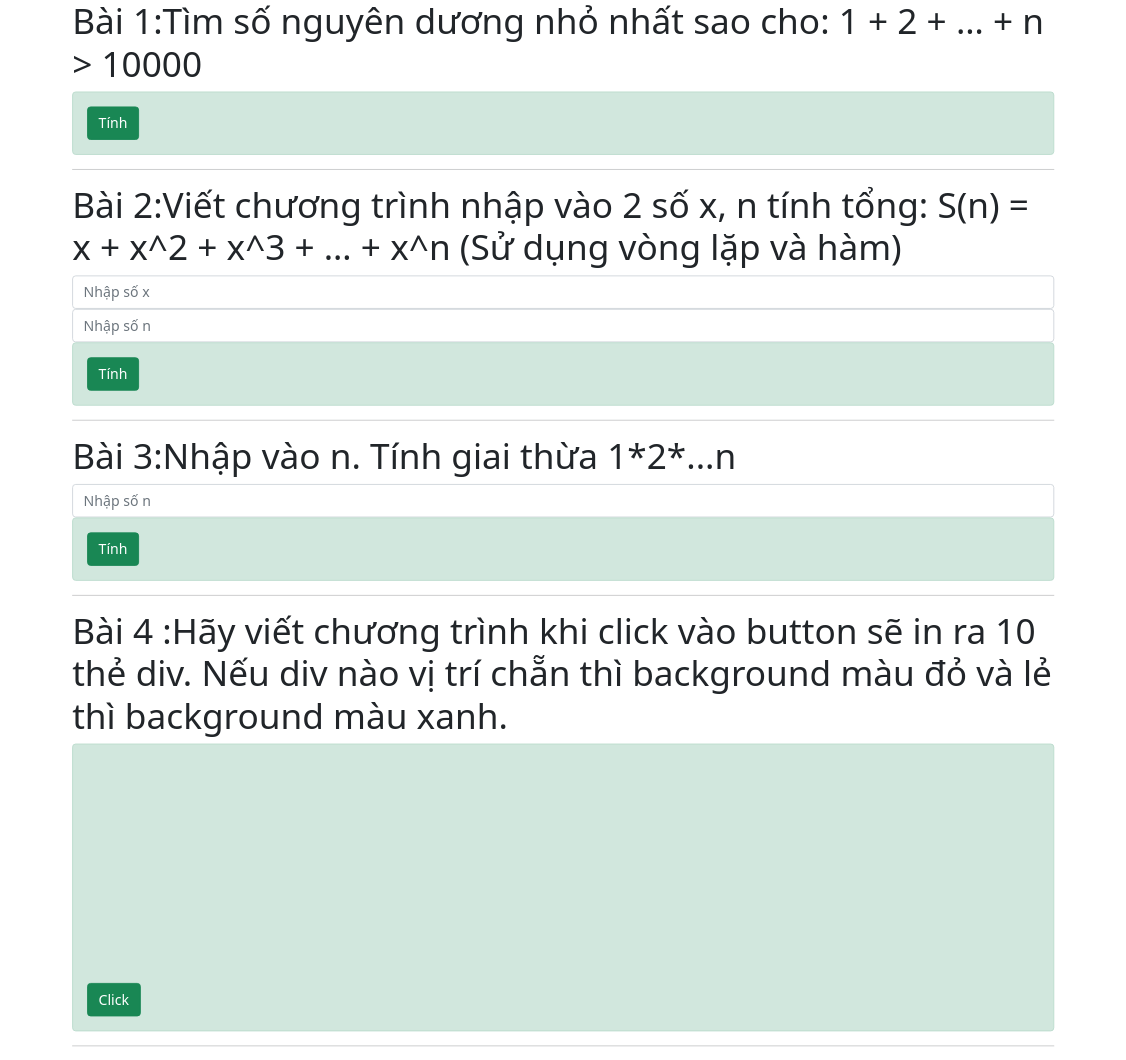
Repository: qkhanh1104k/Js-buoi6_vonglap
Page: index.html
An editor plug-in stored every save of this project. The page is shown before and after the next save, followed by the edit.
The browser window is 1280 px wide. The pictures show the whole page, at 88% of full size.

Above is the page before, as saved 2022-07-21 14:47:29.

### index.html
<!DOCTYPE html>
<html lang="en">
  <head>
    <meta charset="UTF-8" />
    <meta http-equiv="X-UA-Compatible" content="IE=edge" />
    <meta name="viewport" content="width=device-width, initial-scale=1.0" />
    <title>Document</title>
    <link
      href="https://cdn.jsdelivr.net/npm/bootstrap@5.1.3/dist/css/bootstrap.min.css"
      rel="stylesheet"
      integrity="sha384-1BmE4kWBq78iYhFldvKuhfTAU6auU8tT94WrHftjDbrCEXSU1oBoqyl2QvZ6jIW3"
      crossorigin="anonymous"
    />
    <link rel="stylesheet" href="./style.css">
  </head>
  <body>
    <div class="container">
      <h1>Bài 1:Tìm số nguyên dương nhỏ nhất sao cho: 1 + 2 + … + n > 10000</h1>
      <div>
        <div class="alert alert-success" id="resultBt1">
          <button class="btn btn-success" onclick="demoWhile()">Tính</button>
        </div>
      </div>
      <hr />
      <h1>
        Bài 2:Viết chương trình nhập vào 2 số x, n tính tổng: S(n) = x + x^2 +
        x^3 + … + x^n (Sử dụng vòng lặp và hàm)
      </h1>
      <div>
        <input
          type="text"
          id="txtNumBt21"
          class="form-control"
          placeholder="Nhập số x"
        />
        <input
          type="text"
          id="txtNumBt22"
          class="form-control"
          placeholder="Nhập số n"
        />
        <div class="alert alert-success" id="resBt2">
          <button class="btn btn-success" onclick="demoWhile2()">Tính</button>
        </div>
      </div>
      <hr />
      <h1>Bài 3:Nhập vào n. Tính giai thừa 1*2*...n</h1>
      <div>
        <input
          type="text"
          id="txtNumBt3"
          class="form-control"
          placeholder="Nhập số n"
        />
        <div class="alert alert-success" id="resBt3">
          <button class="btn btn-success" onclick="demoWhile3()">Tính</button>
        </div>
      </div>
      <hr />
      <h1>
        Bài 4 :Hãy viết chương trình khi click vào button sẽ in ra 10 thẻ div. Nếu
        div nào vị trí chẵn thì background màu đỏ và lẻ thì background màu xanh.
      </h1>
      <div class="alert alert-success" id="resBt4">
          <div class="color"></div>
          <div class="color"></div>
          <div class="color"></div>
          <div class="color"></div>
          <div class="color"></div>
          <div class="color"></div>
          <div class="color"></div>
          <div class="color"></div>
          <div class="color"></div>
          <div class="color"></div>
          <button class="btn btn-success" onclick="changeColorBackgroud()">Click</button>
      </div>
      <hr />
    </div>
    <script src="./index.js"></script>
  </body>
</html>

### style.css
.color{
    padding: 10px;
    margin: 5px;
}

### index.js
function demoWhile() {
  var i = 0;
  var total = 0;
  do {
    i++;
    total += i;
  } while (total < 10000);
  //   while (total > 10000) {
  //     i++;
  //     total += i;
  //   }
  document.getElementById("resultBt1").innerHTML = i;
}

// bài tập 2:
function demoWhile2() {
  var x = +document.getElementById("txtNumBt21").value;
  var value = +document.getElementById("txtNumBt22").value;
  var total = 0;
  var i = 0;
  do {
    i++;
    total += x ** i;
  } while (i < value);
  document.getElementById("resBt2").innerHTML = total;
}
// bài tập 3:
function demoWhile3() {
  var value = +document.getElementById("txtNumBt3").value;
  var total = 1;
  var i = 0;
  do {
    i++;
    total = total * i;
  } while (i < value);
  document.getElementById("resBt3").innerHTML = total;
}
// bài tập 4:
function changeColorBackgroud() {
  var divs = document.getElementsByClassName("color");
  for (var i = 0; i < divs.length; i++) {
    if ((i + 1) % 2 == 0) {
      divs[i].style.background = "red";
    } else {
      divs[i].style.background = "blue";
    }
  }
}

After the next save:
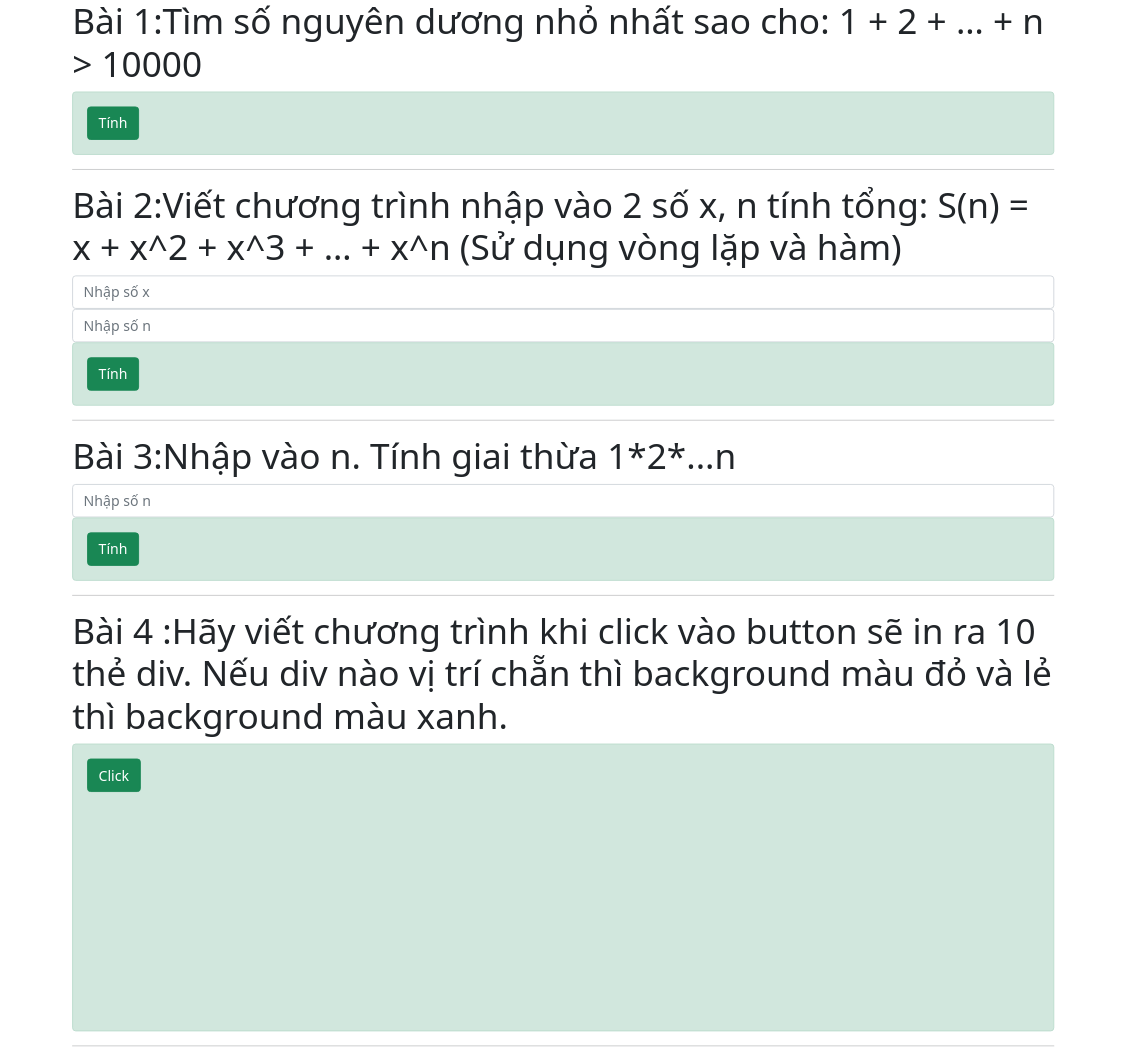
Saved 34 s later.
--- a/index.html
+++ b/index.html
@@ -62,6 +62,7 @@
         div nào vị trí chẵn thì background màu đỏ và lẻ thì background màu xanh.
       </h1>
       <div class="alert alert-success" id="resBt4">
+          <button class="btn btn-success" onclick="changeColorBackgroud()">Click</button>
           <div class="color"></div>
           <div class="color"></div>
           <div class="color"></div>
@@ -72,7 +73,6 @@
           <div class="color"></div>
           <div class="color"></div>
           <div class="color"></div>
-          <button class="btn btn-success" onclick="changeColorBackgroud()">Click</button>
       </div>
       <hr />
     </div>
